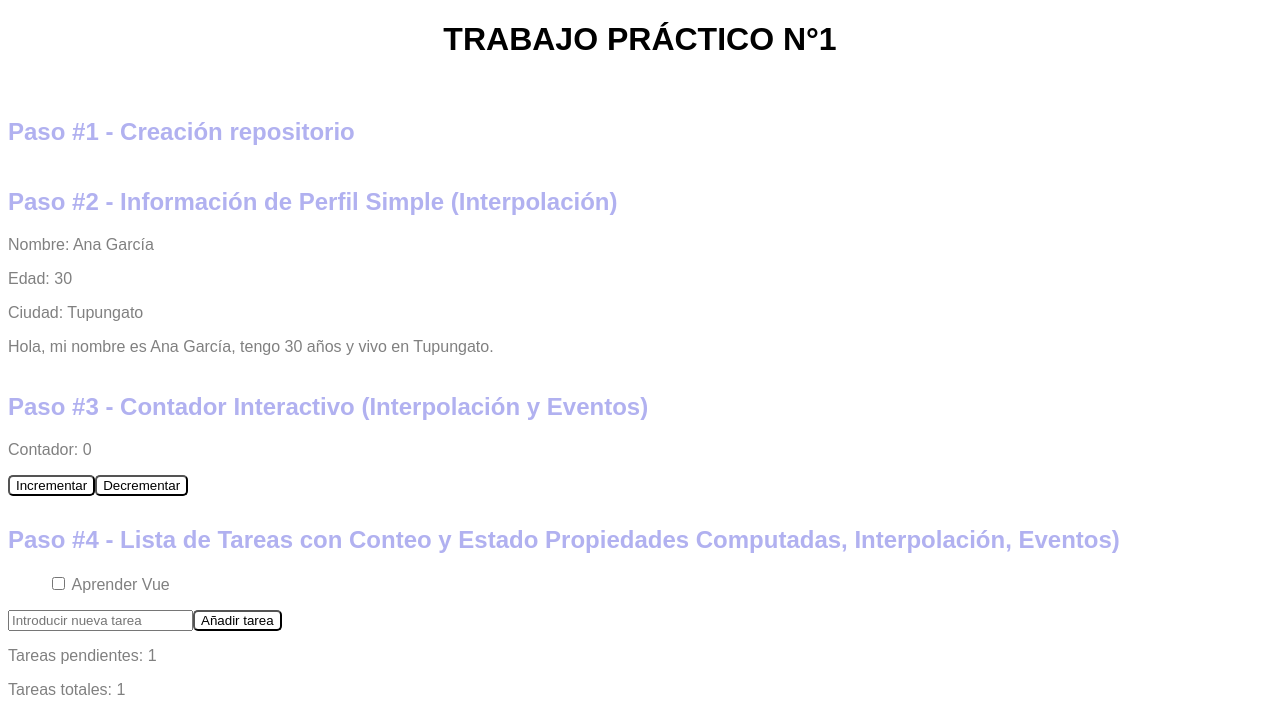
Repository: SofiaSferco/PWA
Page: practico01/index.html
An editor plug-in stored every save of this project. The page is shown before and after the next save, followed by the edit.
The browser window is 1280 px wide. The pictures show the whole page.

Above is the page before, as saved 2025-10-03 14:16:17.

### practico01/index.html
<!DOCTYPE html>
<html lang="en">
<head>
    <meta charset="UTF-8">
    <title>Trabajo Práctico 1</title>
    <script src="https://unpkg.com/vue@3/dist/vue.global.js"></script>
</head>
<body>
    <div id="app">
        <h1>TRABAJO PRÁCTICO N°1</h1>
        <br>
        <h2>Paso #1 - Creación repositorio</h2>
        <hr>
        <h2>{{ segundopaso }}</h2>
            <p>Nombre: {{ nombre }}</p>
            <p>Edad: {{ edad }}</p>
            <p>Ciudad: {{ ciudad }}</p>
            <p>Hola, mi nombre es {{ nombre }}, tengo {{ edad }} años y vivo en {{ ciudad }}.</p>
        <hr>
        <h2>{{ tercerpaso }}</h2>
            <p>Contador: {{ contador }}</p>
            <button v-on:click="contador++">Incrementar</button>
            <button @click="contador--">Decrementar</button>
        <hr>
        <h2>{{cuartopaso}}</h2>
        <ul>
            <li v-for="tarea in tareas" :key="tarea.id" :class="{tachar: tarea.completada}"><input type="checkbox" v-model="tarea.completada"> {{tarea.texto}}</li>
        </ul>
        <input v-model="nuevaTarea" placeholder="Introducir nueva tarea">
        <button @click="agregarTarea">Añadir tarea</button>
        <p>Tareas pendientes: {{tareasPendientes}}</p>
        <p>Tareas totales: {{tareasTotales}}</p>



    </div>
    <script>
        const { createApp } = Vue;
        createApp({
            data() {
                return {
                    segundopaso: 'Paso #2 - Información de Perfil Simple (Interpolación)',
                    nombre: 'Ana García',
                    edad: 30,
                    ciudad: 'Tupungato',
                    tercerpaso: 'Paso #3 - Contador Interactivo (Interpolación y Eventos)',
                    contador: 0,
                    cuartopaso: 'Paso #4 - Lista de Tareas con Conteo y Estado Propiedades Computadas, Interpolación, Eventos)',
                    nuevaTarea: '',
                    tareas: [{
                        id: 1,
                        texto: "Aprender Vue",
                        completada: false
                    }
                    ]
               }
            }, methods: {
                agregarTarea() {
                    if (this.nuevaTarea != "") { //asi como está admite espacios y permito agregar tareas vacias si uso this.nuevaTarea.trim() ahi limito eso
                        this.tareas.push({
                            id: this.tareas.length +1,
                            texto: this.nuevaTarea,
                            completada: false
                        })
                        }
                    this.nuevaTarea = '';
                    }
                }, computed: {
                    tareasPendientes() {
                        return this.tareas.filter (tarea => !tarea.completada).length;
                    },
                     tareasTotales() {
                        return this.tareas.length;
                    }
                }
            },
        ).mount('#app');
    </script>
</body>
<style>
    body {
        font-family: Arial, Helvetica, sans-serif;
        color: gray;
    }
    h1{
        text-align: center;
        color: black;
    }
    h2 {
        color: rgb(177, 177, 240);
    }
    hr {
        border: 1px solid #ffff;
    }
    button {
        background-color: #ffff;
        color: black;
        cursor: pointer;
        border-radius: 5px;
    }
    button:hover {
        background-color: rgb(177, 177, 240);
    }
    ul{
        list-style-type: none;
    }
    .tachar{
        text-decoration: line-through;
        color: #ffff;
    }
</style>
</html>

After the next save:
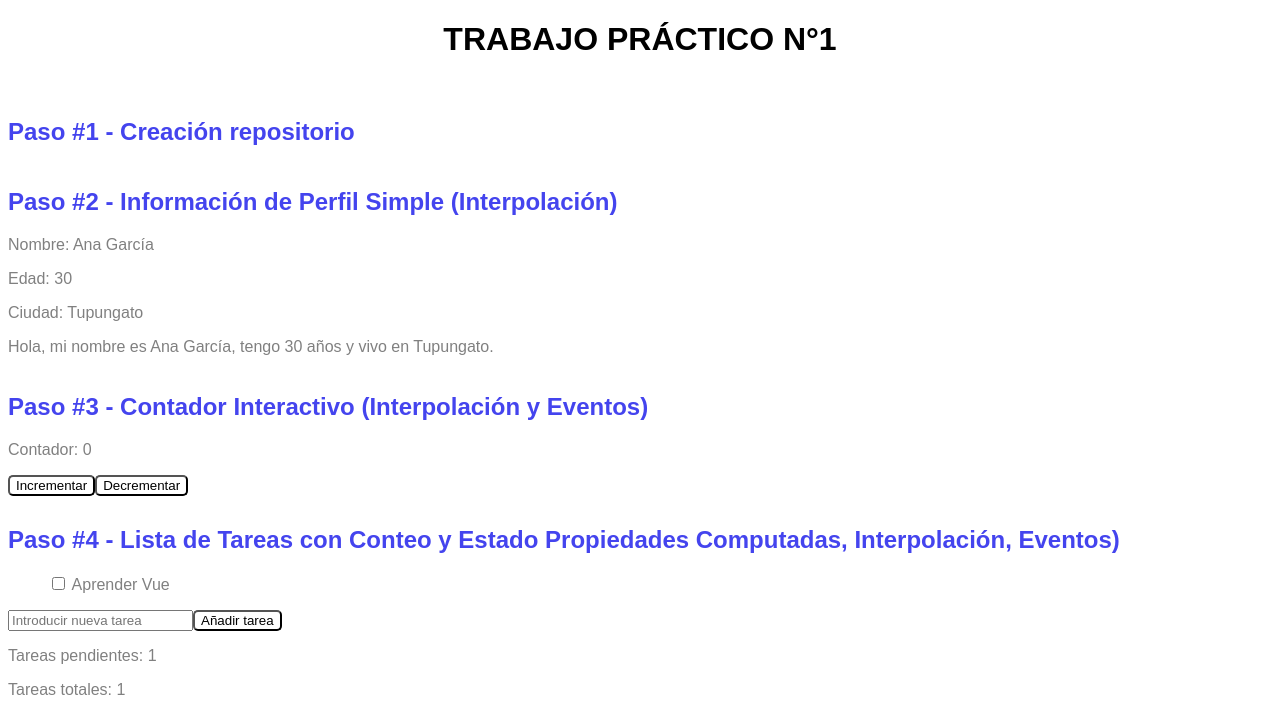
Saved 6 s later.
--- a/practico01/index.html
+++ b/practico01/index.html
@@ -87,7 +87,7 @@
         color: black;
     }
     h2 {
-        color: rgb(177, 177, 240);
+        color: rgb(68, 68, 238);
     }
     hr {
         border: 1px solid #ffff;
